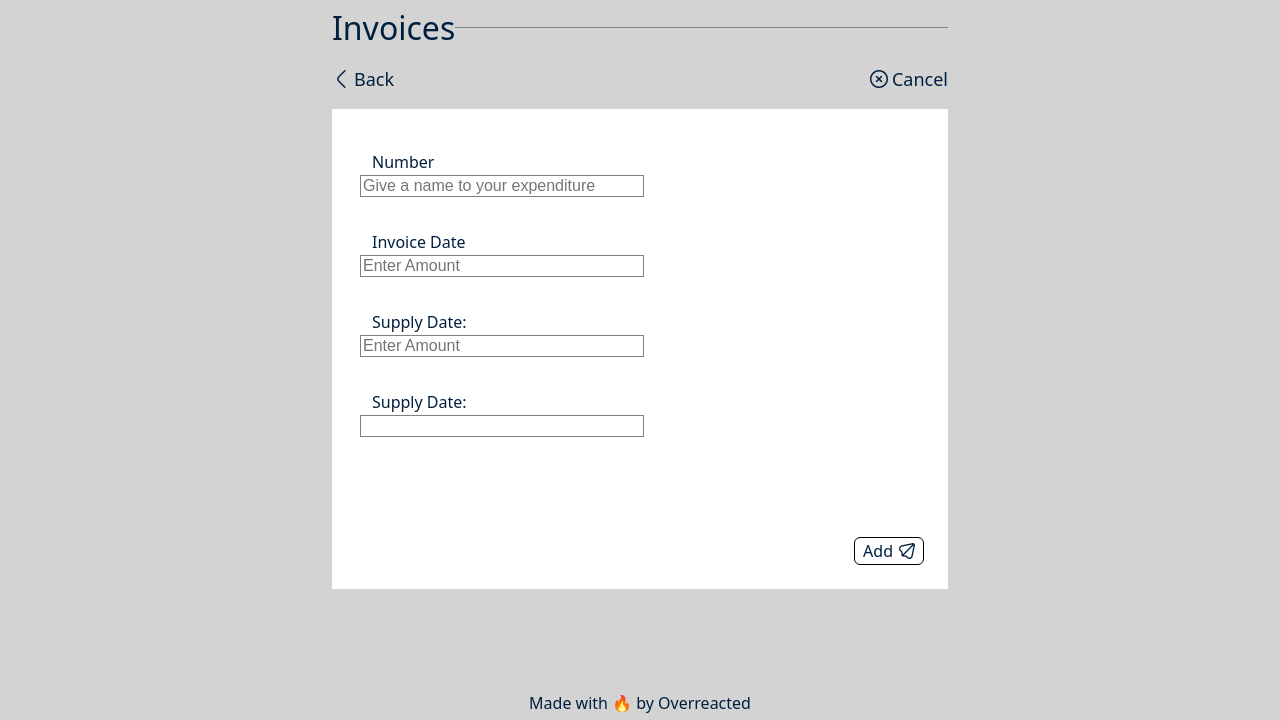
Repository: om1ars/task3
Page: /add-expense
The author's editor kept a copy of each file at every save. The page is drawn from the files as they stood at one save, then again after a run of saves.
The browser window is 1280 px wide. The pictures show the whole page.
Some web libraries are served in a nearby version. The project was rebuilt for these pictures with package versions that can differ from the ones it lists, and the page was loaded fresh each time. Also part of the build but not shown: src/components/add-form/success-modal.css, src/components/expense-list/card.css, src/components/expense-list/card.js, src/components/expense-list/expense-list.css, src/components/expense-list/index.js, src/pages/home/home.css, src/pages/home/index.js.

Above is the page before, as saved 2021-12-18 15:02:43.

After the next 2 saves:
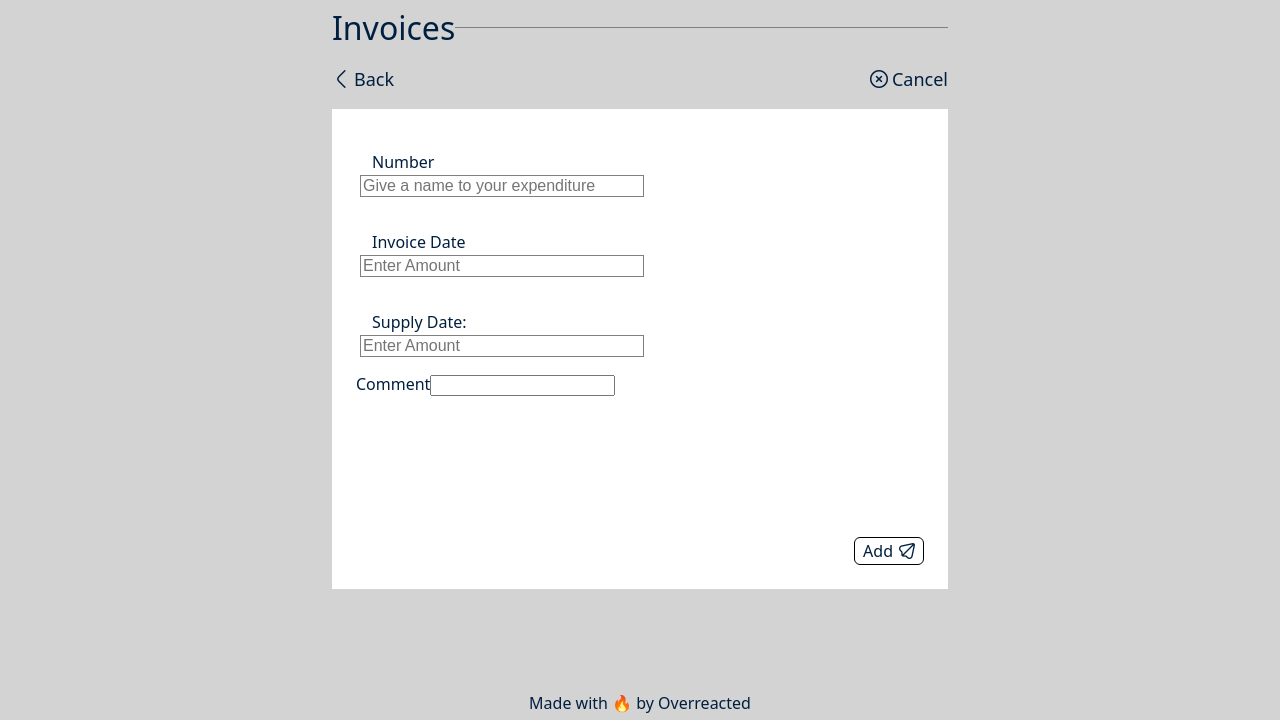
The 2 saves are shown as one change because they came seconds apart.
The last was saved 11 s later.
--- a/src/components/add-form/index.js
+++ b/src/components/add-form/index.js
@@ -90,8 +90,8 @@ const AddForm = () => {
       </div>
 
       <div className="category-container-parent">
-        <div className="form-item">
-          <label>Supply Date:</label>
+        <div className="form">
+          <label>Comment</label>
           <input
             className="amount-input"
             onChange={(e) => setComment(e.target.value)}
